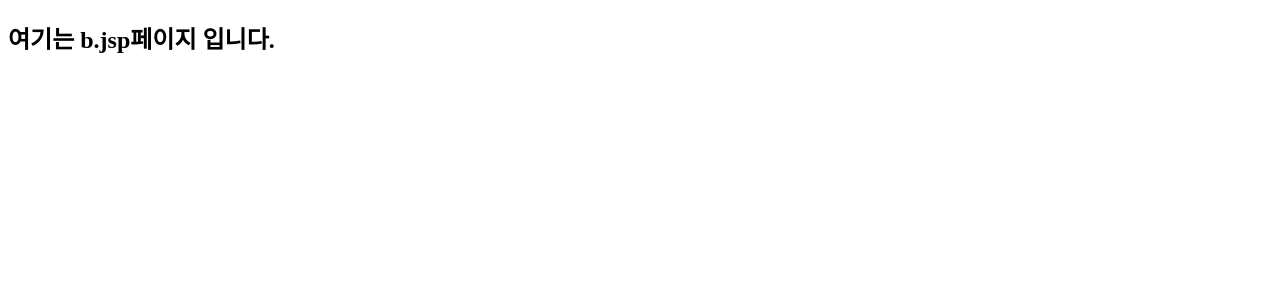
Repository: mkchocho/workspace_jsp
Page: http://localhost/basic0512/move/b1.jsp
These files come from the project's save history. The page is drawn as it stood at one moment and after a run of saves; the edit follows.
The browser window is 1280 px wide. The pictures show the whole page.
The page is served by Tomcat 9.

Above is the page before, as saved 2023-05-15 08:05:47.

After the next 2 saves:
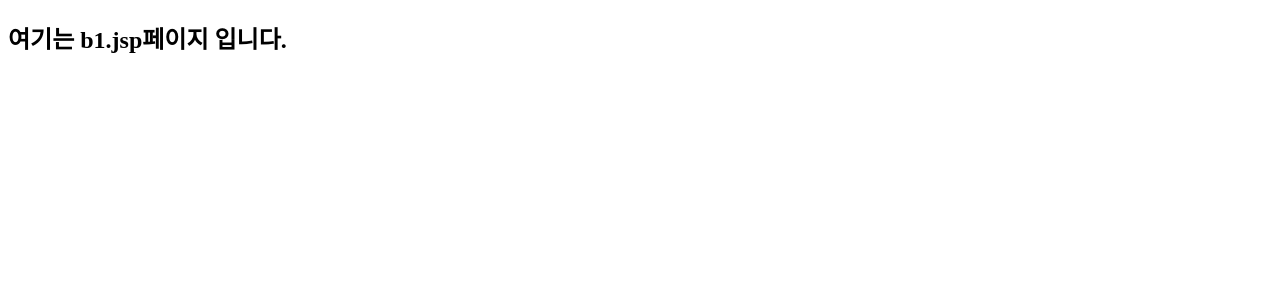
The 2 saves are shown as one change because they came seconds apart.
The last was saved 26 s later.
--- a/basic0512/src/main/webapp/move/b1.jsp
+++ b/basic0512/src/main/webapp/move/b1.jsp
@@ -4,9 +4,9 @@
 <html>
 <head>
 <meta charset="UTF-8">
-<title>b.jsp</title>
+<title>b1.jsp</title>
 </head>
 <body>
-	<h2>여기는 b.jsp페이지 입니다.</h2>
+	<h2>여기는 b1.jsp페이지 입니다.</h2>
 </body>
 </html>
